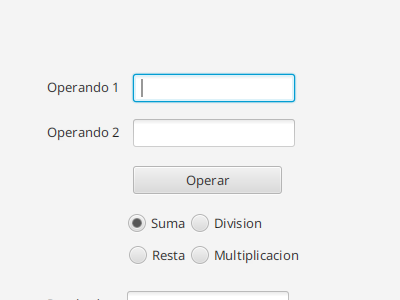
Repository: anxoportela/PROG
Program's window: java Java_Interfaz/ProyectoJavaFX/src/com/acarballeira/javaFX/ejemplo11/App.java
These files come from the project's save history. The program's window is drawn as it stood at one moment and after the next save; the edit follows.
It runs on Java 21 on a 1366 x 768 screen with JavaFX 11; the title bar is not drawn.

Above is the program's window before, as saved 2020-03-06 20:10:37.

### Java_Interfaz/ProyectoJavaFX/src/com/acarballeira/javaFX/ejemplo11/App.java
package com.acarballeira.javaFX.ejemplo11;

import java.io.IOException;
import java.net.URL;

import javafx.application.Application;
import javafx.fxml.FXMLLoader;
import javafx.scene.Scene;
import javafx.scene.layout.Pane;
import javafx.stage.Stage;

public class App extends Application {
	@Override
	public void start(Stage primaryStage) {

		primaryStage.setTitle("Ola Mundo!!!");
		Pane ventanaPane;

		FXMLLoader loader = new FXMLLoader();
		URL xmlUrl = App.class.getResource("/com/acarballeira/javaFX/ejemplo11/controlador/operacionScene.fxml");
		loader.setLocation(xmlUrl);
		try {
			ventanaPane = loader.load();
		} catch (IOException e) {
			System.out.println("Error: " + e.getMessage());
			ventanaPane = null;
		}

		Scene primaryScene = new Scene(ventanaPane, 400, 300);
		primaryStage.setScene(primaryScene);
		primaryStage.show();

	}

	public static void main(String[] args) {
		Application.launch();
	}
}

### Java_Interfaz/ProyectoJavaFX/src/com/acarballeira/javaFX/ejemplo11/controlador/OperacionController.java
package com.acarballeira.javaFX.ejemplo11.controlador;

import com.acarballeira.javaFX.ejemplo10.modelo.Suma;

import javafx.event.ActionEvent;
import javafx.fxml.FXML;
import javafx.scene.control.Alert;
import javafx.scene.control.Alert.AlertType;
import javafx.scene.control.Button;
import javafx.scene.control.TextField;

public class OperacionController {

	@FXML
	private Button btnSumar;
	@FXML
	private TextField txtOp1;
	@FXML
	private TextField txtOp2;
	@FXML
	private TextField txtResultado;

	@FXML
	private void hacerOperacion(ActionEvent event) {

		try {
			int op1 = Integer.parseInt(this.txtOp1.getText());
			int op2 = Integer.parseInt(this.txtOp2.getText());
			Suma s = new Suma(op1, op2);
			int res = s.sumar();
			this.txtResultado.setText(String.valueOf(res));
		} catch (NumberFormatException e) {
			Alert alerta = new Alert(AlertType.ERROR);
			alerta.setHeaderText(null);
			alerta.setTitle("Error");
			alerta.setContentText("Formato incorrecto para la suma");
			alerta.showAndWait();
		} finally {
			this.txtOp1.setText("");
			this.txtOp2.setText("");
		}

	}

}

### Java_Interfaz/ProyectoJavaFX/src/com/acarballeira/javaFX/ejemplo11/controlador/operacionScene.fxml
<?xml version="1.0" encoding="UTF-8"?>

<?import java.lang.*?>
<?import java.util.*?>
<?import javafx.scene.*?>
<?import javafx.scene.control.*?>
<?import javafx.scene.layout.*?>

<AnchorPane id="AnchorPane" prefHeight="361.0" prefWidth="337.0"
            xmlns="http://javafx.com/javafx/8" xmlns:fx="http://javafx.com/fxml/1"
            fx:controller="com.acarballeira.javaFX.ejemplo11.controlador.OperacionController">
   <children>
      <TextField fx:id="txtOp1" layoutX="133.0" layoutY="74.0" />
      <TextField fx:id="txtOp2" layoutX="133.0" layoutY="119.0" />
      <Label layoutX="47.0" layoutY="78.0" text="Operando 1" />
      <Label layoutX="47.0" layoutY="123.0" text="Operando 2" />
      <Button fx:id="btnOperacion" layoutX="133.0" layoutY="166.0"
              mnemonicParsing="false" onAction="#hacerOperacion"
              prefHeight="25.0" prefWidth="149.0" text="Operar" />
      <RadioButton fx:id="rdbSuma" layoutX="128.0" layoutY="214.0"
                   mnemonicParsing="false" selected="true" text="Suma" />
      <RadioButton fx:id="rdbResta" layoutX="129.0" layoutY="246.0"
                   mnemonicParsing="false" text="Resta" />
      <RadioButton fx:id="rdbMult" layoutX="191.0" layoutY="246.0"
                   mnemonicParsing="false" text="Multiplicacion" />
      <RadioButton fx:id="rdbDivision" layoutX="191.0" layoutY="214.0"
                   mnemonicParsing="false" text="Division" />
      <TextField fx:id="txtResultado" editable="false" layoutX="127.0"
                 layoutY="291.0" />
      <Label layoutX="47.0" layoutY="295.0" text="Resultado" />
   </children>
</AnchorPane>

After the next save:
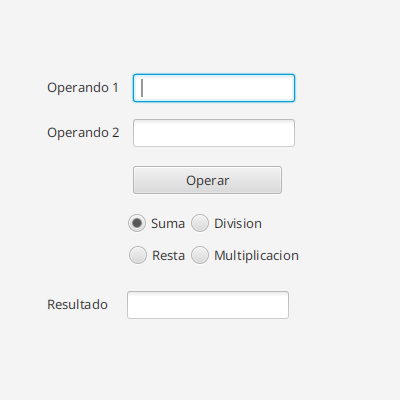
Saved 17 s later.
--- a/Java_Interfaz/ProyectoJavaFX/src/com/acarballeira/javaFX/ejemplo11/App.java
+++ b/Java_Interfaz/ProyectoJavaFX/src/com/acarballeira/javaFX/ejemplo11/App.java
@@ -26,7 +26,7 @@
 			ventanaPane = null;
 		}
 
-		Scene primaryScene = new Scene(ventanaPane, 400, 300);
+		Scene primaryScene = new Scene(ventanaPane, 400, 400);
 		primaryStage.setScene(primaryScene);
 		primaryStage.show();
 
